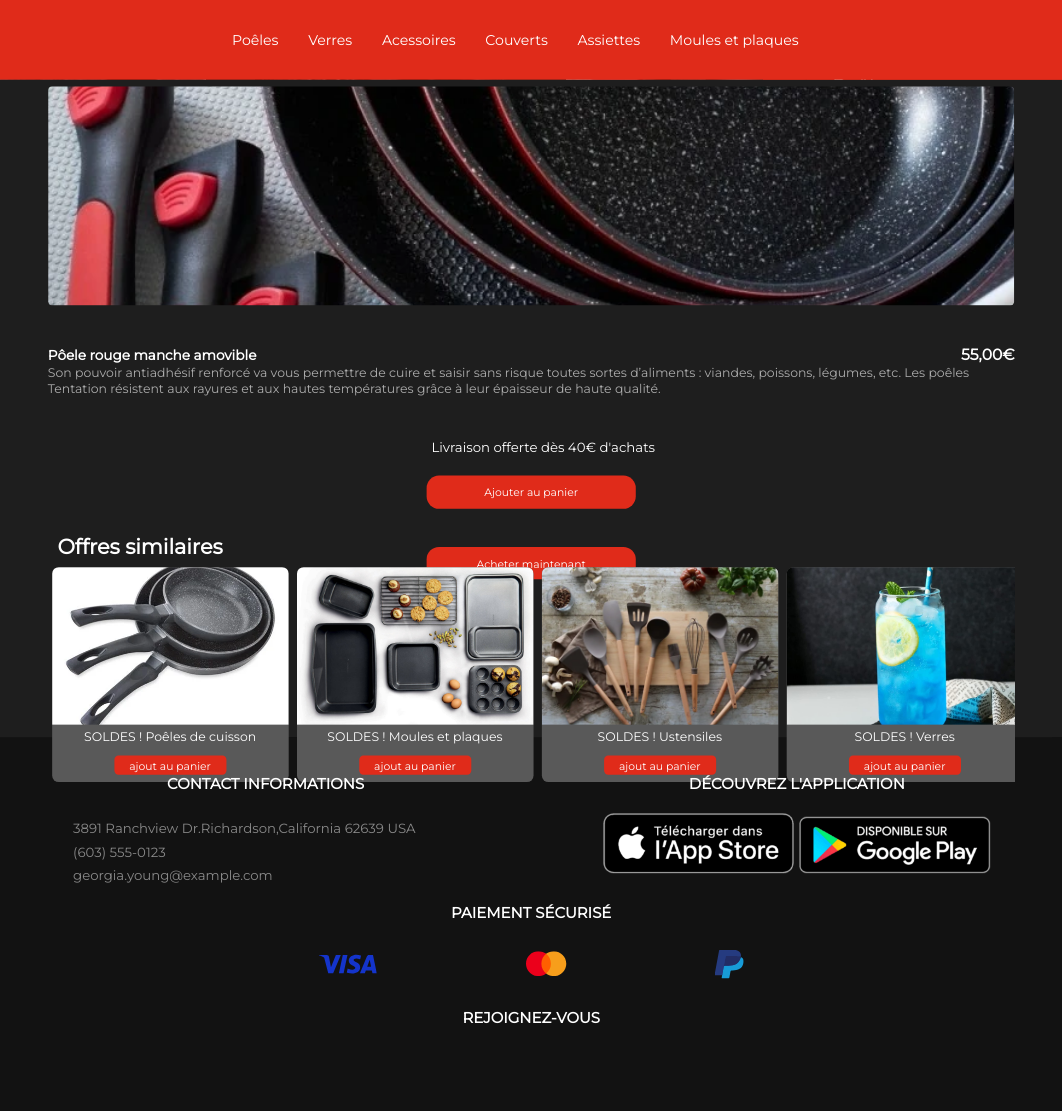
Repository: Juannpl/Luxury-Kicthen
Page: html/page_produits.html
An editor plug-in stored every save of this project. The page is shown before and after a run of saves, followed by the edit.
The browser window is 1280 px wide. The pictures show the whole page, at 83% of full size.
Some icons come from a web library that is not loaded, so they are not drawn.

Above is the page before, as saved 2023-02-16 10:43:57.

### html/page_produits.html
<!DOCTYPE html>
<html lang="fr">

<head>
    <meta charset="UTF-8">
    <meta http-equiv="X-UA-Compatible" content="IE=edge">
    <meta name="viewport" content="width=device-width, initial-scale=1.0">

    <link rel="stylesheet" href="../css/page_produits.css">
    <script src="https://unpkg.com/boxicons@2.1.4/dist/boxicons.js"></script>

    <title>Mon Panier</title>
</head>

<body>
    <header class="header">
        <nav class="nav_container row">
            <div class="logo">
                <p>LUXURY KITCHEN</p>
                <box-icon name='chevron-left' type='solid' color='#ffffff' size="lg"></box-icon>
            </div>
            <div class="barre_categorie">
                <ul class="row">
                    <li><a href="#">Poêles</a></li>
                    <li><a href="#">Verres</a></li>
                    <li><a href="#">Acessoires</a></li>
                    <li><a href="#">Couverts</a></li>
                    <li><a href="#">Assiettes</a></li>
                    <li><a href="#">Moules et plaques</a></li>
                </ul>
            </div>
            <div class="nav_list">
                <ul class="row">
                    <li class="items_list">
                        <box-icon name='shopping-bag' color='#ffffff' size='1.7rem'></box-icon>
                    </li>
                    <li class="items_list">
                        <box-icon name='user-circle' type='solid' color='#ffffff' size='1.7rem'></box-icon>
                    </li>
                    <a id="openBtn">
                        <li class="items_list">
                            <box-icon name='menu' color='#ffffff' size=2.2rem></box-icon>
                        </li>
                    </a>
                </ul>
            </div>
        </nav>
        <div id="transparent"></div>
        <section id="barre_categorie_mobile">
            <div id="closeBtn">
                <box-icon name='x' color='#ffffff' size='3rem'></box-icon>
            </div>
            <div class="nav_contents row">
                <div>
                    <ul class="row">
                        <li><a href="#">Poêles</a></li>
                        <li><a href="#">Verres</a></li>
                        <li><a href="#">Acessoires</a></li>
                        <li><a href="#">Couverts</a></li>
                        <li><a href="#">Assiettes</a></li>
                        <li><a href="#">Moules et plaques</a></li>
                    </ul>
                </div>
                <div>
                    <p class="opacityy">
                        Devenez membre pour accéder au meilleur des produits.
                    </p>
                </div>
                <div>
                    <button type="button" class="btn-black">Nous rejoindre</button>
                </div>
                <div>
                    <button type="button" class="btn-clear">S'identifier</button>
                </div>
                <div class="items">
                    <div class="roww">
                        <box-icon name='shopping-bag' color='#ffffff' size='1.7rem'></box-icon>
                        <p>Panier</p>
                    </div>
                    <div class="roww">
                        <box-icon type='solid' name='package' color='#ffffff' size='1.7rem'></box-icon>
                        <p>Commande</p>
                    </div>
                    <div class="roww">
                        <box-icon name='user-circle' type='solid' color='#ffffff' size='1.7rem'></box-icon>
                        <p>Mon profil</p>
                    </div>
                </div>
                <div class="reseaux row">
                    <div class="sociaux">
                        <box-icon name='facebook-circle' type='logo' color='#ffffff'></box-icon>
                    </div>
                    <div class="sociaux">
                        <box-icon name='twitter' type='logo' color='#ffffff'></box-icon>
                    </div>
                    <div class="sociaux">
                        <box-icon name='instagram-alt' type='logo' color='#ffffff'></box-icon>
                    </div>
                </div>
            </div>
        </section>
        <!-- FIN DE LA BARRE DE NAVIGATION MOBILE -->
    </header>
    <main>
        <section class="tout">
            <div class="wrap">
                <div class="picture"><img src="../img/poêle/poele1.webp" alt="POÊLE"></div>
                <div class="texte">
                    <div class="nom_du_produit">
                        <h3>Pôele rouge manche amovible</h3>
                    </div>
                    <div class="price">
                        <h3>55,00€</h3>
                    </div>
                    <div class="descriptif opacityy">
                        Son pouvoir antiadhésif renforcé va vous permettre de cuire et saisir sans risque toutes sortes
                        d’aliments : viandes, poissons, légumes, etc. Les poêles Tentation résistent aux rayures et aux
                        hautes
                        températures grâce à leur épaisseur de haute qualité.
                    </div>
                </div>
                <div class="buy">
                    <div class="sentence">
                        <box-icon type='solid' name='truck' color="white"></box-icon>
                        <p>Livraison offerte dès 40€ d'achats</p>
                    </div>
                    <button class="unique">
                        <p>Ajouter au panier</p>
                    </button>
                    <button class="unique">
                        <p>Acheter maintenant</p>
                    </button>
                </div>
            </div>
            <div class="swipe">
                <div class="titre">
                    <h1>
                        Offres similaires
                    </h1>
                </div>
                <div class="containeer">
                    <div class="card">
                        <div class="controlee">
                            <img src="../img/poêle/poele10.webp" alt="poele" class="top_img">
                        </div>
                        <div class="descr_panier_top">
                            <div class="text_panier">
                                <p>SOLDES ! Poêles de cuisson</p>
                            </div>
                            <div class="panier_prix">
                                <div class="ajout_panier">
                                    <form action="#">
                                        <a href="#"><button type="submit">
                                                <p class="p_botton">ajout au panier</p>
                                            </button></a>
                                    </form>
                                </div>
                            </div>
                        </div>
                    </div>
                    <div class="card">
                        <div class="controlee">
                            <img src="../img/moules/moule1.jpg" alt="poele" class="top_img">
                        </div>
                        <div class="descr_panier_top">
                            <div class="text_panier">
                                <p>SOLDES ! Moules et plaques</p>
                            </div>
                            <div class="panier_prix">
                                <div class="ajout_panier">
                                    <form action="#">
                                        <a href="#">
                                            <button type="submit">
                                                <p class="p_botton">ajout au panier</p>
                                            </button>
                                        </a>
                                    </form>
                                </div>
                            </div>
                        </div>
                    </div>
                    <div class="card">
                        <div class="controlee">
                            <img src="../img/accessoire/accessoire2.webp" alt="poele" class="top_img">
                        </div>
                        <div class="descr_panier_top">
                            <div class="text_panier">
                                <p>SOLDES ! Ustensiles</p>
                            </div>
                            <div class="panier_prix">
                                <div class="ajout_panier">
                                    <form action="#">
                                        <a href="#">
                                            <button type="submit">
                                                <p class="p_botton">ajout au panier</p>
                                            </button>
                                        </a>
                                    </form>
                                </div>
                            </div>
                        </div>
                    </div>
                    <div class="card">
                        <div class="controlee">
                            <img src="../img/verres/verre10.jpg" alt="verre" class="top_img">
                        </div>
                        <div class="descr_panier_top">
                            <div class="text_panier">
                                <p>SOLDES ! Verres</p>
                            </div>
                            <div class="panier_prix">
                                <div class="ajout_panier">
                                    <form action="#">
                                        <a href="#">
                                            <button type="submit">
                                                <p class="p_botton">ajout au panier</p>
                                            </button>
                                        </a>
                                    </form>
                                </div>
                            </div>
                        </div>
                    </div>
                    <div class="card">
                        <div class="controlee">
                            <img src="../img/couverts/couvert1.png" alt="poele" class="top_img">
                        </div>
                        <div class="descr_panier_top">
                            <div class="text_panier">
                                <p>SOLDES ! Couverts</p>
                            </div>
                            <div class="panier_prix">
                                <div class="ajout_panier">
                                    <form action="#">
                                        <a href="#"><button type="submit">
                                                <p class="p_botton">ajout au panier</p>
                                            </button></a>
                                    </form>
                                </div>
                            </div>
                        </div>
                    </div>
                </div>
            </div>
        </section>
    </main>
    <footer>
        <div class="container-footer">
            <div class="container-footer-tablet">
                <div class="contact-infos">
                    <h3>CONTACT INFORMATIONS</h3>
                    <p>
                        <box-icon name='been-here' type='solid' color='#ffffff'></box-icon>3891 Ranchview
                        Dr.Richardson,California 62639 USA
                    </p>
                    <p>
                        <box-icon type='solid' name='phone' color='#ffffff'></box-icon>(603) 555-0123
                    </p>
                    <p>
                        <box-icon type='solid' name='envelope' color='#ffffff'></box-icon>georgia.young@example.com
                    </p>
                </div>
                <div class="download">
                    <h3>DÉCOUVREZ L'APPLICATION</h3>
                    <a href=""><img src="../img/footer/App-Store-picto-300x94.png" class="picto" id="apple"
                            alt="Le pictogramme de l'apple store"></a>
                    <a href=""><img src="../img/footer/Google-Play-picto-300x89.png" class="picto"
                            alt="Le pictogramme de google play"></a>
                </div>
            </div>
            <div class="paiement">
                <h3>PAIEMENT SÉCURISÉ</h3>
                <div class="logos-paiement">
                    <img src="../img/footer/Visa_2021.svg" class="logos" id="visa" alt="Le logo de visa">
                    <img src="../img/footer/Mastercard_2019_logo.svg" class="logos" id="mastercard"
                        alt="Le logo de mastercard">
                    <img src="../img/footer/PayPal_Logo_Icon_2014.svg" class="logos" id="paypal"
                        alt="Le logo de paypal ">
                </div>
            </div>
            <div class="social-media">
                <h3>REJOIGNEZ-VOUS</h3>
                <box-icon name='facebook-circle' type='logo' color='#ff0800'></box-icon>
                <box-icon name='twitter' type='logo' color='#ff0800'></box-icon>
                <box-icon name='instagram-alt' type='logo' color='#ff0800'></box-icon>
            </div>
        </div>
    </footer>
    <script src="../script.js"></script>
</body>

</html>

### css/page_produits.css
/*

    GENERAL

*/

@import url('https://fonts.googleapis.com/css2?family=Montserrat&family=Roboto&display=swap');

:root{
    --rougelinear: rgba(224, 43, 26, 1);
    --rougetext: #E02B1A;
    --blanc: #fff;
    --noirclair: #1E1E1E;
    --noir: #121212;
    --gris: #595959;
}

*/*,
*::after,
*::before*/{
    margin: 0;
    padding: 0;
    box-sizing: inherit;
    list-style: none;
    text-decoration: none;
    font-family: 'Montserrat', 'sans-serif';
}

html{
    width: 100%;
    overflow-x: hidden;
}

main img{
    width: 100%;
    height: 100%;
    object-fit: cover;
    border-radius: 5px;
}

/*

    HEADER

*/

.header{
    background-color: var(--rougelinear);
    height: 6rem;
    display: grid;
    align-items: center;
    position: relative;
}

.logo{
    color: var(--blanc);
    font-size: 0.9em;
    font-weight: 600;
    text-align: center;
    padding-left: 5%;
    display: flex;
}

.logo p{
    display: none;
}

.barre_categorie{
    display: none;
}

#closeBtn{
    position: absolute;
    top: 5%;
    right: 10%;
    cursor: pointer;
}

#barre_categorie_mobile{
    color: var(--blanc);
    width: 308px;
    position: absolute;
    z-index: -1;
    top: 0;
    right: 0;
    background-color: var(--rougelinear);
    transition: left 0.5s ease;
    display: flex;
    align-items: center;
    flex-direction: column;
    box-shadow: 0px 4px 4px 0px rgba(0, 0, 0, 0.25);
}

/* Active class */
#barre_categorie_mobile.active{
    z-index: 3;
}

#transparent.active{
    z-index: 2;
}

#transparent{
    position: fixed;
    top: 0;
    right: 0;
    width: 100%;
    height: 100vh;
    z-index: -1;
    background: rgba(255, 255, 255, 0.28);
    backdrop-filter: blur(3.8px);
    -webkit-backdrop-filter: blur(3.8px);
}

.reseaux{
    justify-content: center;
}

.sociaux{
    padding: 2% ;
}

#barre_categorie_mobile ul{
    flex-direction: column;
}

#barre_categorie_mobile ul a{
    color: var(--blanc);
    font-weight: 550;
    font-size: 23px;
}

#barre_categorie_mobile ul li{
    margin: 15px 0px;
}

.nav_container{
    justify-content: space-between;
    /* text-align: center; */
    align-items: center;
}

.row{
    display: flex;
}

.items_list{
    padding: 0 0.5rem;
    height: auto;
    display: grid;
    align-items: center;
    cursor: pointer;
}

.nav_list{
    padding-right: 3%;
}

.nav_contents{
    width: 80%;
    flex-direction: column;
    margin-top: 20%;
}

.nav_contents div{
    margin: 5% 0;
}

.btn-black{
    width: 171px;
    height: 35px;
    background-color: var(--noir);
    color: var(--blanc);
    border: 0px;
    border-radius: 20px;
    font-family: Montserrat;
    font-size: 18px;
}

.btn-clear{
    border: 1.7px solid var(--blanc);
    color: var(--blanc);
    background-color: transparent;
    width: 133px;
    height: 33px;
    border-radius: 20px;
    font-family: Montserrat;
    font-size: 18px;
}

.roww{
    display: flex;
    align-items: center;
    margin: 5% 0;
}

.opacityy{
    opacity: 63%;
}

.items p{
    margin-left: 5%;
}

/* desktop = 1224px, tablette = 768px */
/* BARRE DE ATEGORIE EN RESPONSIVE */

@media only screen and (min-width: 768px){
    .logo{
        font-size: 20px;
    }
}

@media only screen and (min-width: 1224px){
    .descr_panier_top .text_panier p{
        font-size: 18px;
    }

    .text_panier p{
        font-size: 13px;
    }

    .barre_categorie_mobile{
        display: none;
    }

    .barre_categorie{
        display: revert;
        width: 70%;
    }

    .barre_categorie li{
        padding: 0% 2%;
    }

    .barre_categorie a{
        color: var(--blanc);
        font-weight: 500;
        font-size: 17px;
    }

    .nav_list {
        padding-right: 0;
    }

    .logo {
        padding-left: 0;
    }

    .row {
        justify-content: center;
    }

    #openBtn{
        display: none;
    }
}

/*

    MAIN

*/

main{
    display: flex;
    flex-direction: column;
    background-color: var(--noirclair);
    justify-content: center;
    align-items: center;
    color: var(--blanc);
    height: 110vh;
}

.tout{
    width: 91%;
    height: 98%;
    display: flex;
    justify-content: space-between;
    flex-direction: column;
}

.picture{
    width: 100%;
    height: 50%;
}

.nom_du_produit{
    width: 75%;
    font-size: 14px;

    display: flex;
    align-items: center;
}

.price{
    width: 25%;

    display: flex;
    justify-content: flex-end;
    align-items: center;
}

.descriptif{
    width: 100%;
    font-size: 15px;
}

.texte{
    display: flex;
    flex-wrap: wrap;
}

.buy{
    display: flex;
    flex-direction: column;
    align-items: center;
}

.sentence{
    display: flex;
    flex-direction: row;
    align-items: center;
}

.sentence p{
    margin-left: 5px;
}

.unique{
    padding: 1% 5%;
    margin: 2% 0%;
    border-radius: 15px;
}

.wrap{
    width: 100%;
    height: 68%;

    display: flex;
    flex-wrap: wrap;
    justify-content: space-between;
    flex-direction: column;
}

/*

    SWIPE

*/

.controlee{
    width: 285px;
}

.descr_panier_top{
    display: flex;
    align-items: center;
    flex-direction: column;
}

.descr_panier_top .text_panier p{
    font-family: Montserrat;
    font-size: 15px;
    font-weight: 500;
}

.card img {
    height: 190px;
    object-fit: cover;
    width: 100%;
    border-radius: 8px 8px 0 0;
}

/*

    SWIPE

*/

.titre{
    height: 23px;
    /* width: 356px; */
    color: var(--blanc);
    margin: 1%;
    /* padding-bottom: 3%; */
}

.titre h1{
    font-family: Montserrat;
    font-size: 25px;
    font-weight: 00;
}

.controle{
    width: 206px;
}

.containeer {
    -ms-overflow-style: none;
    scrollbar-width: none;
    width: auto;
    overflow-y: hidden;
    overflow-x: scroll;
    display: flex;
    align-items: stretch;
    scroll-snap-type: x mandatory;
}

.containeer::-webkit-scrollbar {
    display: none;
}

.containeer .card {
    background-color: #595959;
    border-radius: 8px;
    color: #fff;
    margin: 5px;
    height: 100%;
}

.containeer .card .content {
    position: absolute;
    bottom: 10px;
    padding: 20px;
    page-break-after: 20px;
    text-align: center;
}

button {
    background: #E02B1A;
    border: none;
    border-radius: 5px;
    height: 23px;
    width: 135px;
    color: white;
    font-size: 13px;
    font-weight: 500;
}

.card img {
    height: 190px;
    object-fit: cover;
    width: 100%;
    border-radius: 8px 8px 0 0;
}

.descr_panier {
    padding: 3%;
}

.text_panier p {
    font-family: 'Montserrat';
    font-style: normal;
    font-weight: 500;
    font-size: 11px;
    color: #FFFFFF;
}

.prix {
    display: flex;
    align-items: center;
}

.panier_prix {
    display: flex;
    align-items: center;
    justify-content: space-between;
    padding: 5% 0 3% 0;
}


/* ---------- Footer ---------- */



footer{
    width: 100%;
    align-items: center;
    font-family: 'Montserrat', sans-serif;
}

.container-footer{
    height: 400px;
    display: flex;
    flex-direction: column;
    padding-top: 20px;
    background-color: #121212;
    color: white;
    font-size: 1.2rem;
}

.contact-infos{
    display: none;
}

.contact-infos p{
    font-size: 16px;
    color: rgb(255, 255, 255, .5);
}

.container-footer h3{
    text-align: center;
    margin: 25px 0 25px 0;
    font-size: 18px;
}

.download{
    text-align: center;
}

.picto{
    width: 30%;
}

.logos-paiement{
    width: 60%;
    height: 50px;
    display: flex;
    justify-content:space-between;
    align-items: center;
    margin: auto;
}

#visa{
    width: 70px;
    height: 95px;
}

#mastercard{
    width: 70px;
    height: 30px;
}

#paypal{
    width: 35px;
    height: 35px;
}

.social-media{
    text-align: center;
    margin-top: 5px;
}

@media only screen and (min-device-width : 768px){

    /* ---------- Footer ---------- */

    .container-footer{
        height: 430px;
    }

    .container-footer-tablet{
        display: flex;
        justify-content: space-around;
    }

    .contact-infos{
        width: 40%;
        display: flex;
        flex-direction: column;
        text-align:left;
    }

    .download{
        width: 40%;
    }

    .picto{
        width: 45%
    }

    .logos-paiement{
        width: 40%;
    }
}

@media only screen and (min-device-width : 1224px){

    /* ---------- Footer ---------- */

        .logos-paiement{
            width: 20%;
        }

        .paiement h3{
            padding-top: 1%
        }
}

### script.js
var navMobile = document.getElementById("barre_categorie_mobile");
var transparent = document.getElementById("transparent");
var openBtn = document.getElementById("openBtn");
var closeBtn = document.getElementById("closeBtn");

openBtn.onclick = openNav;
closeBtn.onclick = closeNav;

/* Set the width of the side navigation to 250px */
function openNav() {
  navMobile.classList.add("active");
  transparent.classList.add("active");
}

/* Set the width of the side navigation to 0 */
function closeNav() {
  navMobile.classList.remove("active");
  transparent.classList.remove("active");
}

After the next 4 saves:
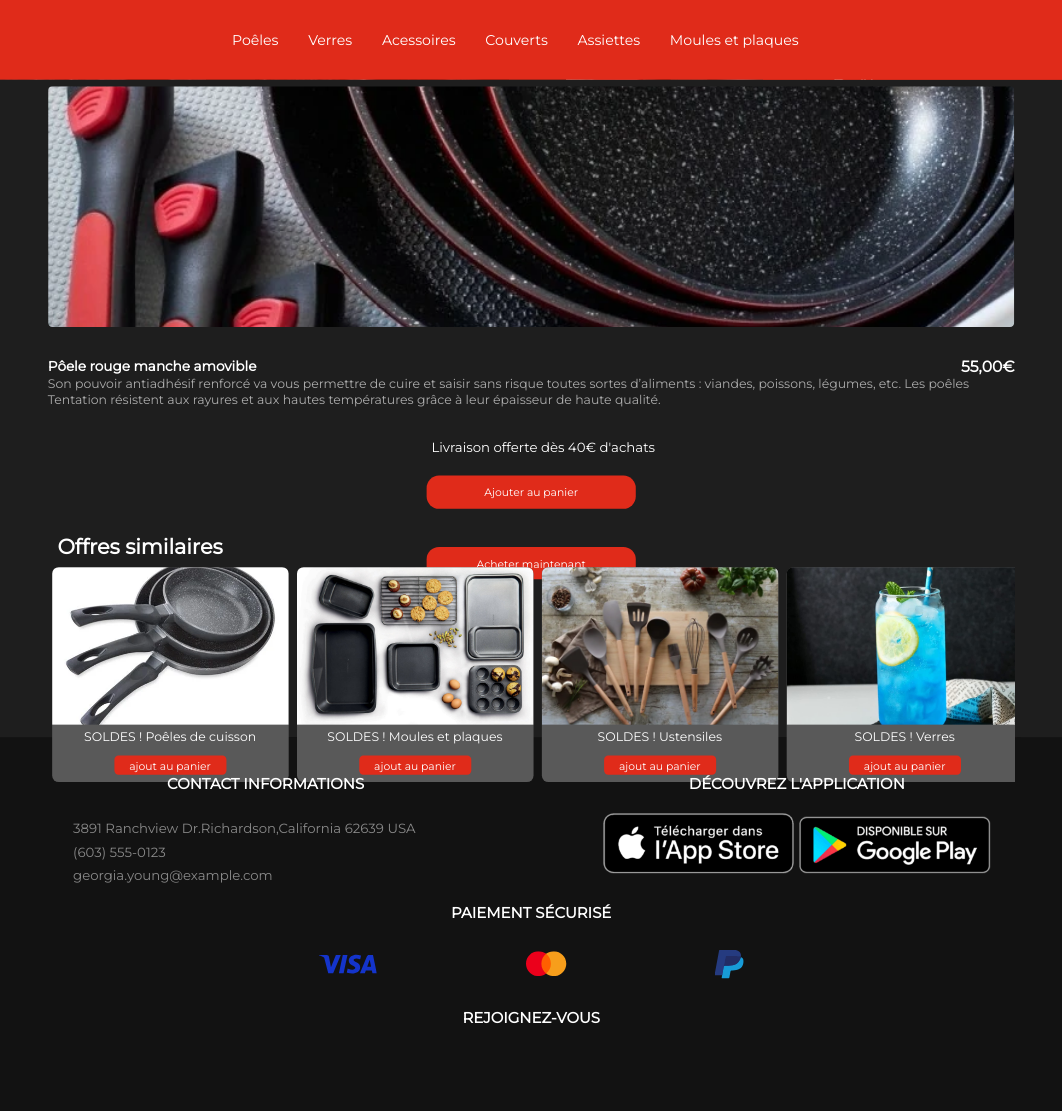
The 4 saves are shown as one change because they came seconds apart.
The last was saved 20 min 52 s later.
--- a/css/page_produits.css
+++ b/css/page_produits.css
@@ -282,7 +282,7 @@
 
 .picture{
     width: 100%;
-    height: 50%;
+    height: 55%;
 }
 
 .nom_du_produit{
